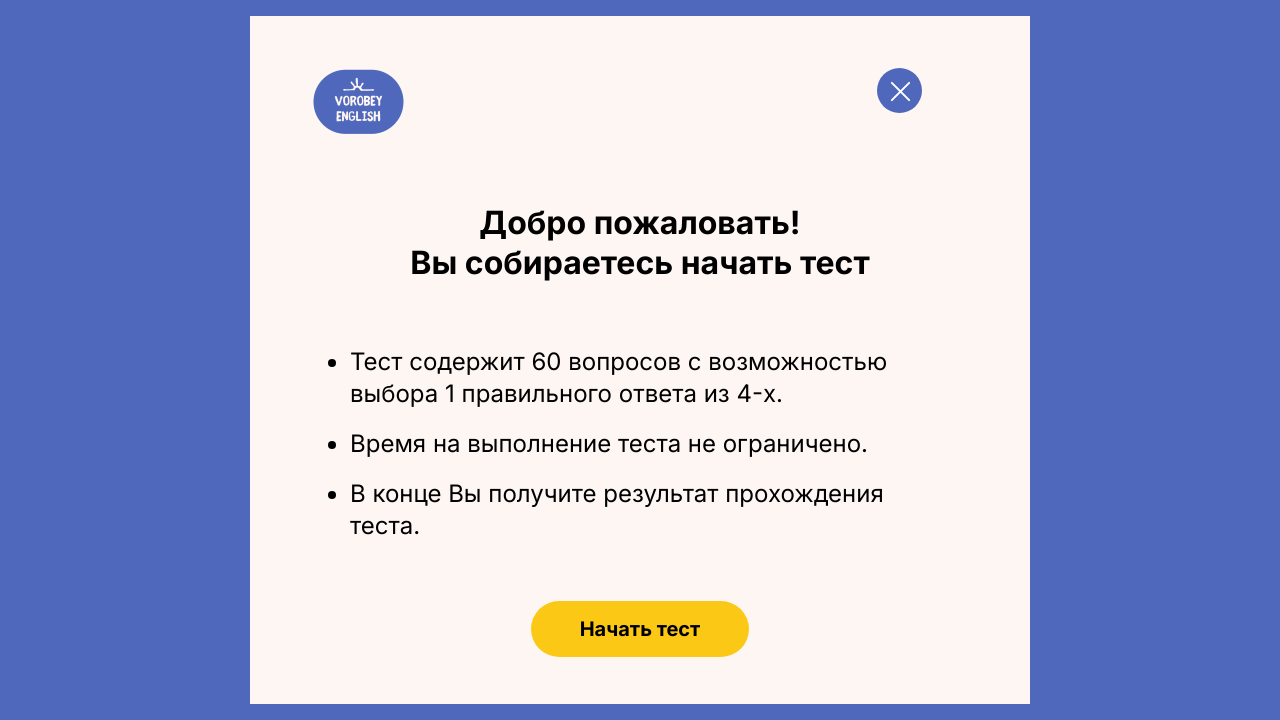
Repository: WladimirVA/Diplom
Page: templates/next_test.html
These files come from the project's save history. The page is drawn as it stood at one moment and after the next save; the edit follows.
The browser window is 1280 px wide. The pictures show the whole page.

Above is the page before, as saved 2023-05-04 20:12:52.

After the next save:
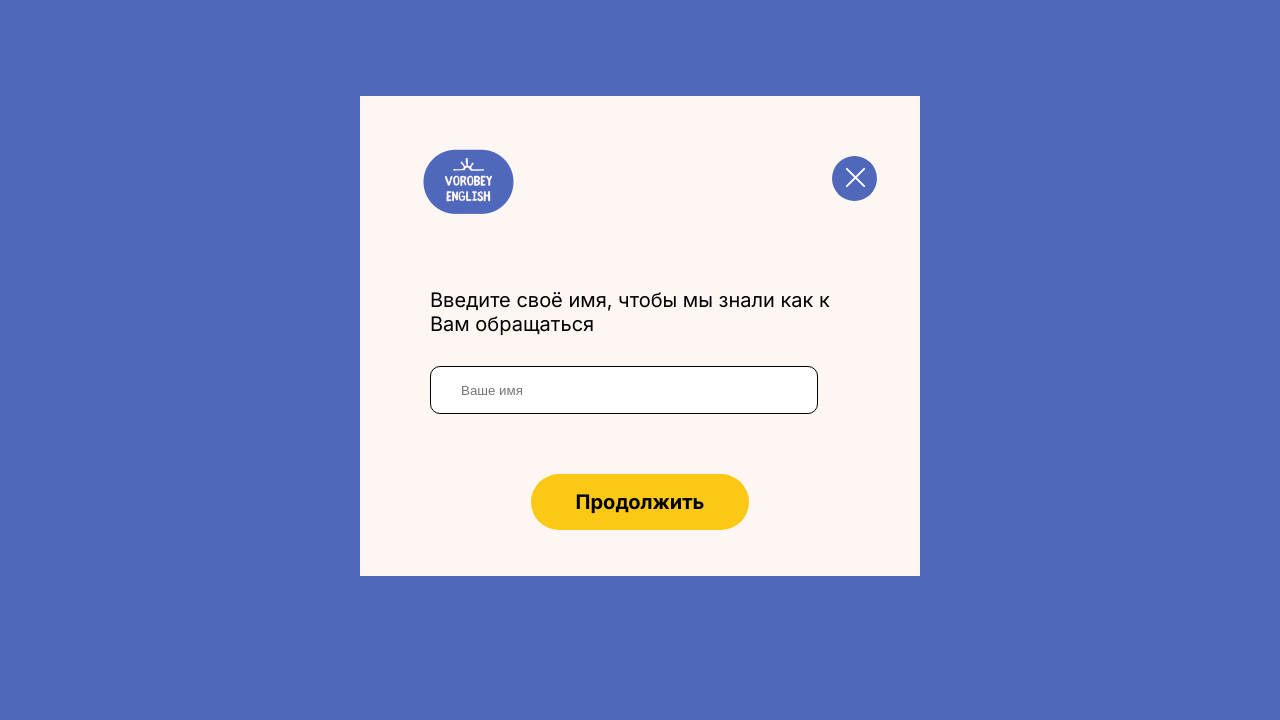
Saved 4 min 44 s later.
--- a/templates/next_test.html
+++ b/templates/next_test.html
@@ -14,7 +14,7 @@
 
 <!-- {{if .Available}} -->
 
-    <form class="NAME_LOGO_INFO" action="./test" method="post">
+    <!-- <form class="NAME_LOGO_INFO" action="./test" method="post">
         <div class="Name-logo">
             <a href="../"><img class="logo_mob" src="../static/img/Иконка _Лого_ (1).svg"></a>
             <img class="Name-logo-img1-info" src="../static/img/Ellipse 6 (2).svg">
@@ -35,11 +35,11 @@
         <div class="button">
             <button class="button submit_button">Начать тест</button>
         </div>
-    </form>
+    </form> -->
 
 <!-- {{else}} -->
 
-<!-- <form class="NAME_LOGO" action="../next_test" method="post">
+<form class="NAME_LOGO" action="../next_test" method="post">
     <div class="Name-logo">
         <a href="../"><img class="logo_mob" src="../static/img/Иконка _Лого_ (1).svg"></a>
         <img class="Name-logo-img1" src="../static/img/Ellipse 6 (2).svg">
@@ -54,7 +54,7 @@
     <div class="button">
         <button class="button submit_button">Продолжить</button>
     </div>
-</form> -->
+</form>
 
 <!-- {{end}} -->
 
